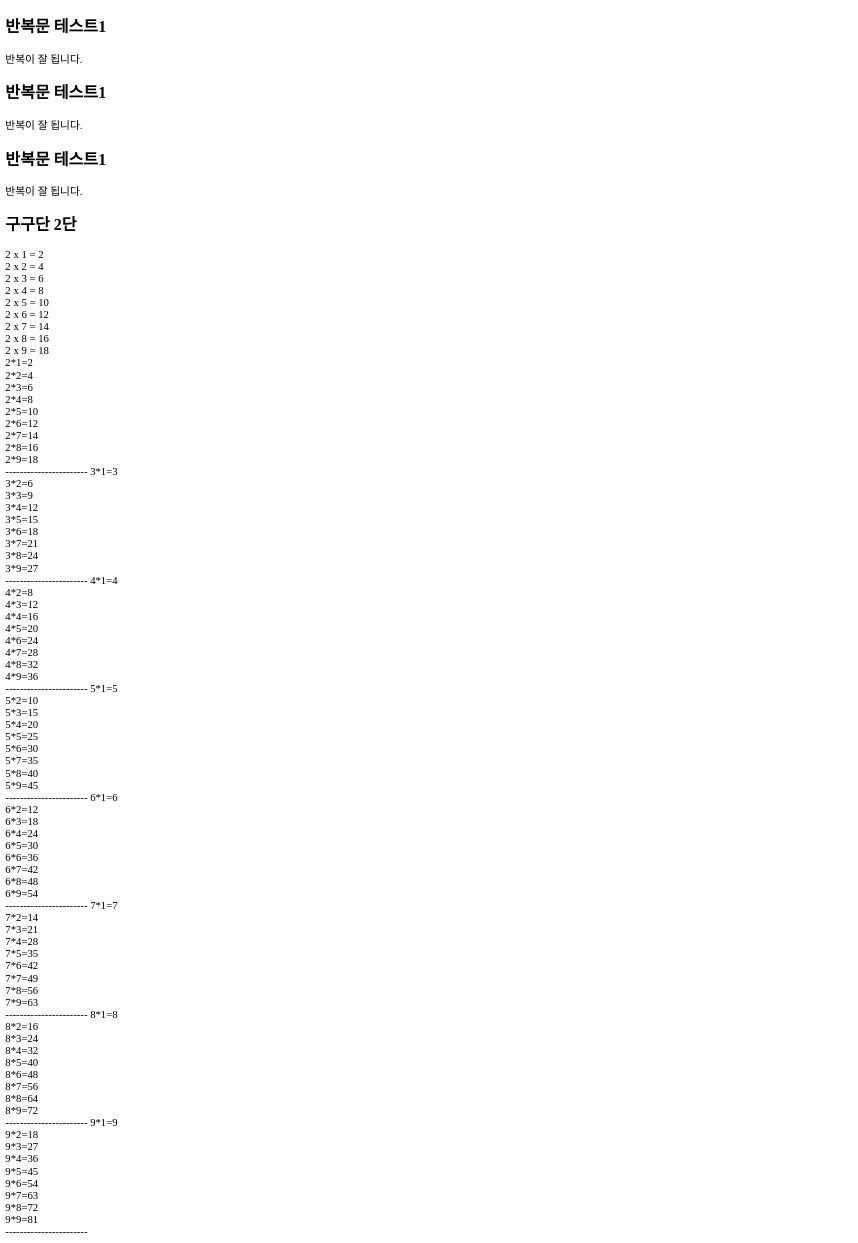
Repository: eun-chongzzz/jsp_practice
Page: http://localhost/JSPBasic/jspTag/Scriptlet.jsp
An editor plug-in stored every save of this project. The page is shown before and after the next save, followed by the edit.
The browser window is 1280 px wide. The pictures show the whole page, at 67% of full size.
The page is served by Tomcat 9.

Above is the page before, as saved 2022-01-28 02:49:54.

After the next save:
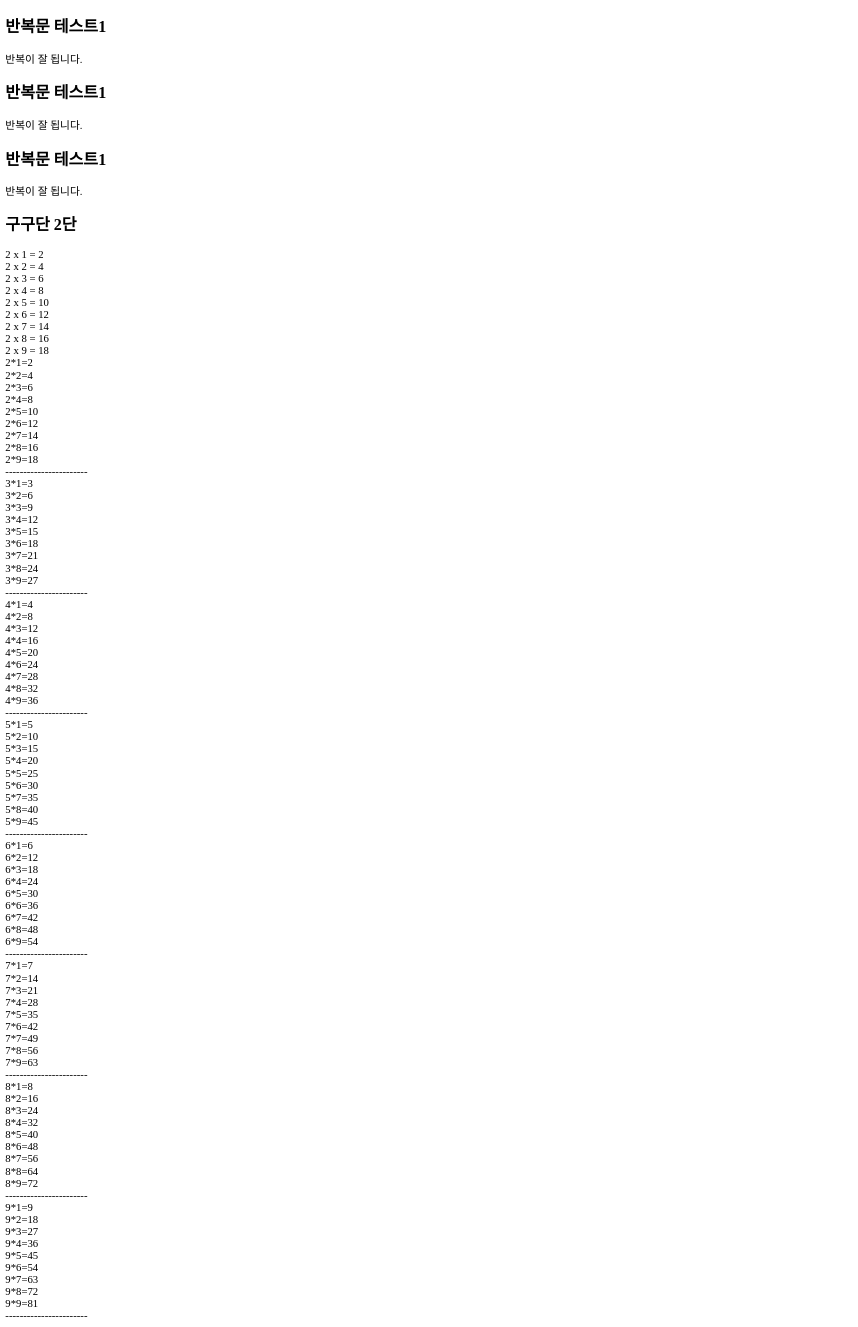
Saved 23 s later.
--- a/JSPBasic/src/main/webapp/jspTag/Scriptlet.jsp
+++ b/JSPBasic/src/main/webapp/jspTag/Scriptlet.jsp
@@ -33,7 +33,7 @@
 	for (int i=2; i < 10; i++){
 		for(int j=1; j<10; j++){
 			out.println(i+"*"+j+"="+i*j +"<br/>");
-		} out.println("-----------------------");
+		} out.println("----------------------- <br/>" );
 	}
 
 
